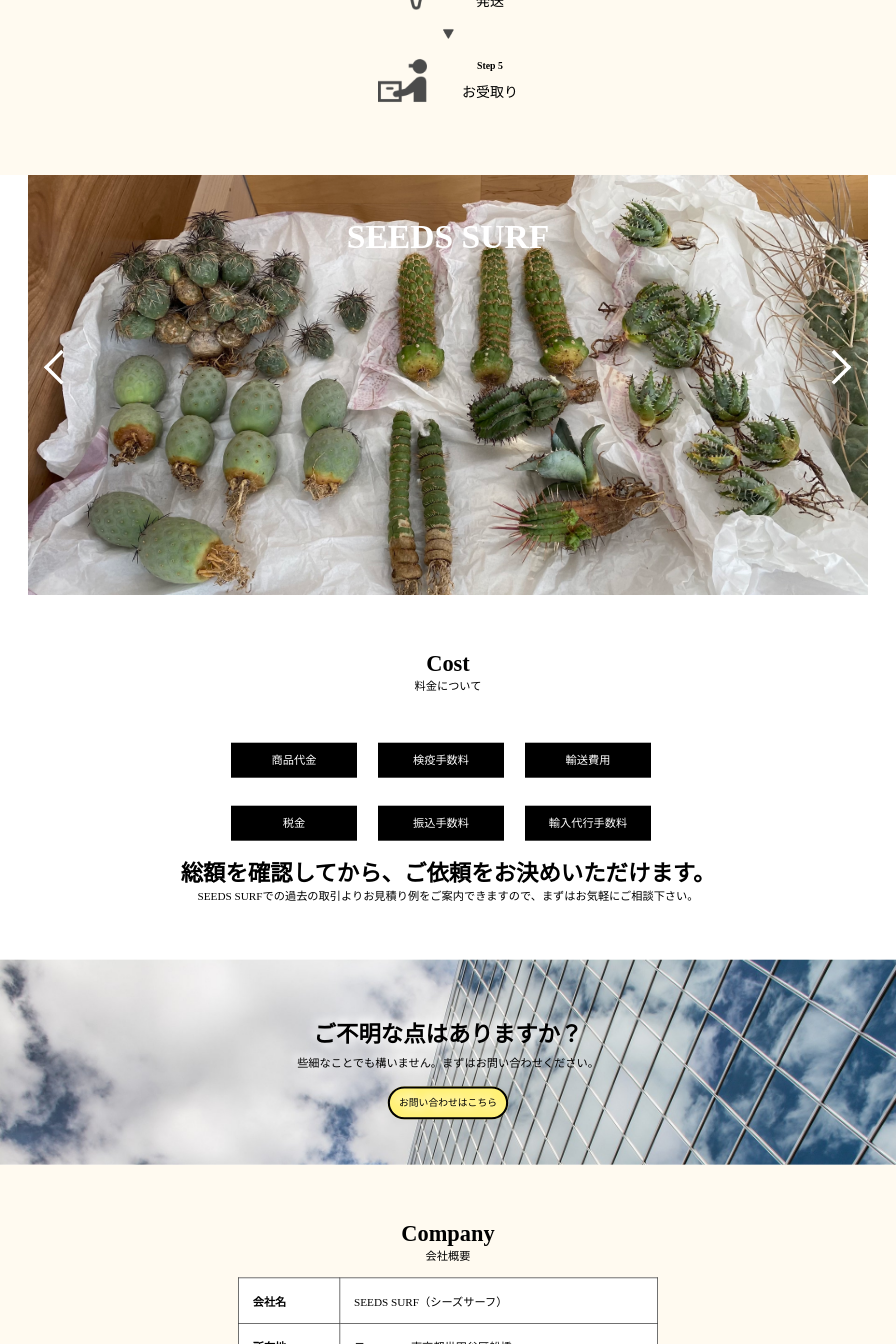
Repository: Seiya00002/seeds-surf-lp
Page: index.html
The author's editor kept a copy of each file at every save. The page is drawn from the files as they stood at one save, then again after the next save.
The browser window is 1280 px wide. The pictures show the part of the page from y = 1890 to 3810 px (the page is 4263 px tall before and 3681 px after), at 70% of full size.

Above is the page before, as saved 2023-07-19 13:34:03.

### index.html
<!DOCTYPE html>
<html lang="ja">
<head>
    <meta charset="UTF-8">
    <meta http-equiv="X-UA-Compatible" content="IE=edge">
    <meta name="viewport" content="width=device-width, initial-scale=1.0,
    minimum-scale=1, maximum-scale=1, user-scalable=no">
    <title>輸入代行SEEDS SURF</title>
    <link rel="stylesheet" href="css/style.css">
</head>
<body>
    <header>
        <div class="header_left">
            <img src="img/sslogo.jpg"
                alt="logo"
                width="40"
                height="40"
                class="logo">
            <h1>植物専門・輸入代行</h1>

        </div>
        <!-- <div class="header_right">
            <img src="img/tel_logo.png"
                alt="tel_logo"
                width="35"
                height="35"
                class="tel_logo">
            <div class="header_contact">
                <h2>090-3048-2693</h2>
                <p>（平日9:00 ~ 18:00）</p>
            </div>
        </div> -->
    </header>

    <main>
        <div class="top_wrapper">
            <div class="container">
                <div class="hero_message">
                    <!-- <img src="./img/cream-spike.jpg" alt="Image"> -->
                    <div class="calculation-app">
                        <h2>お見積り計算シュミレーション</h2>

                            <p>仕入れ先の地域を選択して下さい。</p>
                            <form name="form1">
                                <select name="place">
                                    <option value="1.3">北米</option>
                                    <option value="1.2">ヨーロッパ</option>
                                    <option value="1">アジア</option>
                                </select>
                            </form>

                            <p>箱のサイズの予想を選択して下さい。</p>
                            <form name="form2">
                                <select name="box">
                                    <option value="18350">15kg</option>
                                    <option value="13350">10kg</option>
                                    <option value="8150">5kg</option>
                                </select>
                            </form>
                            <p>およその商品代金を入力して下さい。</p>
                            <label>￥</label><input
                            type="text"
                            id="price"
                            value=""
                            placeholder="金額を入力して下さい。"
                            maxlength="7"
                            size="20"
                            ></label>

                            <br>
                            <br>
                            <div class="btn-box">
                                <button id="button">計算Go!!</button>
                            </div>
                    </div>
                </div>
            </div>
        </div>


        <!-- 見積り表 -->
    <div id="estimate_table" class="estimate_wrapper">
        <div class="container">
            <h3>予想お見積り表</h3>
            <table align="center" class="estimate">
                <tr>
                    <th>商品代金</th>
                    <td>¥<span id="span2"></span></td>
                </tr>
                <tr>
                    <th>検疫手数料</th>
                    <td>¥<span id="span3"></span></td>
                </tr>
                <tr>
                    <th>送料</th>
                    <td>¥<span id="span4"></span></td>
                </tr>
                <tr>
                    <th>弊社代行手数料</th>
                    <td>¥<span id="span5"></span></td>
                </tr>
                <tr>
                    <th>海外送金手数料</th>
                    <td>¥<span id="span6"></span></td>
                </tr>
                <tr>
                    <th>税金</th>
                    <td>¥<span id="span7"></span></td>
                </tr>
                <tr>
                  <th class="total">合計</th>
                  <th class="total">¥<span id="span1"></span></th>
              </tr>
            </table>
            <h4>詳しくは下記の「Cost」欄をご覧下さい。</h4>
        </div>
    </div>
        <div class="top_message">
            <div class="container">
                <div class="message">
                    <h1>植物専門の輸入代行とは</h1>
                    <p><img class="check" src="./img/check_icon.png"> 観葉植物などで検疫やワシントン条約に関わる特殊なお手続きを代行いたします。
                        <br><img class="check" src="./img/check_icon.png"> 言語や情報の壁のある現地業社との交渉から購買代行ご対応いたします。
                        <br><img class="check" src="./img/check_icon.png"> 仕入れ先の現地優良業社をご紹介いたします。
                    </p>

                </div>
            </div>
        </div>

        <div class="project_wrapper">
            <div class="container">
                <div class="projects">
                    <div class="project">
                        <div class="project_icon">
                            <img src="img/project_imag1.jpg">
                            <h2>「迅速・柔軟サービス」</h2>
                        </div>
                        <p class="text_contents">フットワークの軽いスタッフが、柔軟にお客様のご要望にご対応いたします。大変な植物の特殊なお手続きを出来る限りスムーズなお取引きを実現いたします。</p>

                    </div>
                    <div class="project">
                        <div class="project_icon">
                            <img src="img/pro_airport.jpg">
                            <h2>「全世界対応」</h2>
                        </div>
                        <p class="text_contents">全地域の現地業社との交渉、購買手続きにご対応いたします。</p>

                    </div>
                    <div class="project">
                        <div class="project_icon">
                            <img src="img/project_img3.jpg">
                            <h2>「現地企業のご紹介サービス」</h2>
                        </div>
                        <p class="text_contents">私たちは信頼出来る優良な業者様とお付き合いがございます。お取引き業者をお持ちでない方も、今すぐ輸入事業を始めることが出来ます。</p>
                    </div>
                        <div class="clear"></div>

                </div>
            </div>
        </div>
        <div class="service_wrapper">
            <div class="container">
                <div class="service_heading">
                    <h1>Frow</h1>
                    <p>輸入取引の流れ</p>
                </div>
                <div class="step">
                    <img src="img/person_img.png"
                    class="step_icon">
                    <div class="step_cont">
                        <h2>Step 1</h2>
                        <p>現地企業交渉</p>
                    </div>
                </div>
                <img src="img/down_img.png" class="step_icon2">

                <div class="step">
                    <img src="img/cal_img.png"
                    class="step_icon">
                    <div class="step_cont">
                        <h2>Step 2</h2>
                        <p>お見積り</p>
                    </div>
                </div>
                <img src="img/down_img.png" class="step_icon2">

                <div class="step">
                    <img src="img/bank_img.png"
                    class="step_icon">
                    <div class="step_cont">
                        <h2>Step 3</h2>
                        <p>お支払い</p>
                    </div>
                </div>
                <img src="img/down_img.png" class="step_icon2">
                <div class="step">
                    <img src="img/airp_imag.png"
                    class="step_icon">
                    <div class="step_cont">
                        <h2>Step 4</h2>
                        <p>発送</p>
                    </div>
                </div>
                <img src="img/down_img.png" class="step_icon2">
                <div class="step">
                    <img src="img/drivery_img.png"
                    class="step_icon">
                    <div class="step_cont">
                        <h2>Step 5</h2>
                        <p>お受取り</p>
                    </div>
                </div>
            </div>
        </div>

        <!-- スライドショー -->
        <div class="slide_wrapper">
            <div id="slide" class="slideshow">
                <p class="disc">SEEDS SURF</p>
                <a class="arrow next" id="right" href="#"></a>
                <a class="arrow back" id="left" href="#"></a>
            </div>
        </div>

        <div class="cost_wrapper">
            <div class="container">
                <div class="cost_heading">
                    <h1>Cost</h1>
                    <p>料金について</p>
                </div>
                <div class="cost_cont">
                    <div class="list01">
                        <p>商品代金</p>
                    </div>
                    <div class="list01">
                        <p>検疫手数料</p>
                    </div>
                    <div class="list01">
                        <p>輸送費用</p>
                    </div>
                    <div class="list02">
                        <p>税金</p>
                    </div>
                    <div class="list02">
                        <p>振込手数料</p>
                    </div>
                    <div class="list02">
                        <p>輸入代行手数料</p>
                    </div>
                    <!-- <div class="clear"></div> -->
                </div>
                <div class="cost_message">
                    <h1>総額を確認してから、ご依頼をお決めいただけます。</h1>
                    <p>SEEDS SURFでの過去の取引よりお見積り例をご案内できますので、まずはお気軽にご相談下さい。</p>
                </div>
            </div>
        </div>
        <div class="contact_wrapper">
            <div class="container">
                <h1>ご不明な点はありますか？</h1>
                <p>些細なことでも構いません。まずはお問い合わせください。</p>
                <a href="https://seeds-surf.com/%e3%81%8a%e5%95%8f%e3%81%84%e5%90%88%e3%82%8f%e3%81%9b/" class="btn contact">お問い合わせはこちら</a>
                <!-- <h2>TEL : 090-3048-2693</h2> -->
                <!-- <p>メールフォームよりお問い合わせ下さい。<br>営業時間：平日10：00〜19：00</p> -->
            </div>
        </div>

        <!-- 会社概要 -->
        <div class="company_wrapper">
            <div class="container">
                <h1>Company</h1>
                <p>会社概要</p>
                <table align="center" class="company">
                    <tr>
                        <th>会社名</th>
                        <td>SEEDS SURF（シーズサーフ）</td>
                    </tr>
                    <tr>
                        <th>所在地</th>
                        <td>〒156-0055 東京都世田谷区船橋2-5-7-211</td>
                    </tr>
                    <tr>
                        <th>電話番号</th>
                        <td>090-3048-2693</td>
                    </tr>
                    <tr>
                        <th>代表者</th>
                        <td>松本　聖矢</td>
                    </tr>
                    <tr>
                        <th>設立</th>
                        <td>2019年3月</td>
                    </tr>
                </table>
            </div>
        </div>


    </main>

    <footer>
        <div class="container">
                <img src="img/sslogo.jpg"
                    alt="logo"
                    width="40"
                    height="40"
                    class="logo">
                <h1>SEEDS SURF</h1>
                <p>〒156-0055 東京都世田谷区船橋2-5-7-211</p>
                <hr color="gray">
                <small>(c) SEEDS SURF All right reserved</small>
        </div>
    </footer>

    <script src="./app.js"></script>
</body>
</html>

### css/style.css
/* all */
*{
    box-sizing: border-box;
    margin: 0;
    padding: 0;
}

h1 {
    font-family: 'Times New Roman', Times, serif;

}

h2 ,h3 ,p {
    font-family: 'Hiragino Sans';

}
/* header */

header {
    height: 70px;
    display: flex;
    align-items: center;
    position: absolute;
}

.header_left {
    display: flex;
}

/* .header_right {
    display: flex;
    margin: 0 0 0 auto;
} */

.logo {
    margin: 10px 10px;
}

.tel_logo {
    margin: 20px 10px;
}

header h1 {
    font-size: 23px;
    padding: 18px 10px;
    font-weight: 500px;
    text-shadow: 6px 6px 10px white, -6px -6px 10px white;

}

header h2 {
    font-size: 21px;
    padding: 15px 10px 0 0;
}

header p {
    padding-bottom: 10px;
}
.container {
    text-align: center;
    width: 100%;
}

/* main */

/* top */
.top_wrapper {
    color: white;
    width: 100%;
    height: auto;
}

.hero_message {
    background-image: url(../img/cream-spike.jpg);
    background-size: cover;

    font-size: 15px;
    color: black;
    height: 660px;
    min-width:100%;
    font-weight: bold;
    display: flex;
    justify-content: center;
    align-items: center;
    line-height: 2.5em;
}

.calculation-app {
    background: rgb(255, 255, 255,0.5);
    padding: 70px;
    border-radius: 10%;
}

.hero_message h2 {
    padding-bottom: 30px;
}

.top_message {
    background-color: rgb(85, 110, 80);
    color: white;
    padding: 30px 0;
}

.top_message p {
    padding-top: 20px;
    font-size: 17px;
    line-height: 1.6rem;
}

.check {
    width: 16px;
    height: 16px;
}

/* project_wrapper */
.project_wrapper {
    margin-bottom: 80px;
}

.project {
    float: left;
    width: 33%;
    padding: 20px 10px 20px 10px;
    height: 300px;

}

.project_icon {
    position: relative;

}

.project_icon h2 {
    position: absolute;
    top: 80px;
    width: 100%;
    color: white;
    font-weight: normal;

}

.clear {
    clear: left;
}

/* service_wrapper */
.service_wrapper {
    background-color: #fffaf0;
    padding: 80px 0;
}

.service_heading {
padding-bottom: 50px;
}

.step {
    display: flex;
    justify-content: center;
    align-items: center;
    padding: 20px 0;

}

.step_cont {
    padding-left: 50px;
}

.step_icon {
    width: 70px;
    height: 70px;

}

.step_icon2 {
    width: 15px;
    height: 15px;

}

.step h2 {
    font-size: 14px;
}

.step p {
    font-size: 20px;
    padding-top: 13px;
}

/* costについて */
.cost_wrapper {
    padding: 80px 0;
}

.cost_cont {
    padding-top: 50px;
    width: 650px;
    margin: 0 auto;
    flex-wrap: wrap;
    display: flex;

}


.list01 {
    background-color: black;
    width: 180px;
    height: 50px;
    color: white;
    margin: 20px 15px;
    justify-content: center;
    padding-top: 12px;

}

.list02 {
    background-color: black;
    width: 180px;
    height: 50px;
    color: white;
    margin: 20px 15px;
    justify-content: center;
    padding-top: 12px;


}



/* contact_wrapper */
.contact_wrapper {
    background-image: url(../img/sky&office_img.jpeg);
    padding: 80px 0;
    background-size: cover;
    text-shadow: 6px 6px 10px white, -6px -6px 10px white;
    font-weight: 530;
}


.contact_wrapper p {
    padding:8px 0 35px 0;
}

.btn {
    width: 180px;
    height: 35px;
    padding: 13px;
    font-size: 14px;
    color: black;
    background-color:#fff176;
    border: black solid;
    border-radius: 24px;
    user-select: none;
    cursor: pointer;
    text-decoration: none;
}

.btn:hover {
    opacity: .7;
}

.contact_wrapper h2 {
    padding-top: 35px;
}

/* company_wrapper */
.company_wrapper {
    padding: 80px 0;
    background-color: #fffaf0;

}

.company_wrapper p {
    padding-bottom: 20px;
}

table.company {
    border-collapse: collapse;
    width: 600px;
    background-color: white;
    margin: auto;
}

th, td {
    border: solid 1px #333;
    padding: 20px;
}

.company th,td {
    text-align: left;
}


/* footer */

footer {
    background-color: rgb(85, 110, 80);
    color: black;
    padding-bottom: 10px;

}

footer h1 {
    font-size: 17px;
}

footer p {
    font-size: 12px;
    padding-bottom: 10px;
}
small {
    font-size: 7px;

}


/* slideshow 追加 */
.slide_wrapper{
    max-width: 1200px;
    height: 600px;
    margin: auto;
    text-align: center;
}
/*画像配置*/
.slideshow{
    max-width: 100%;
    height: 100%;
    background-image: url(../img/import-img1.jpg);
    background-repeat: no-repeat;
    background-size: cover;
    background-position: 0% 50%;/*左 中央のよせ*/
}
/*文字*/
.disc{
    margin: auto;
    text-align: center;
    font-size: 3em;
    color: #ffffff;
    font-weight: 800;
    padding-top:5%;
}
/*>*/
.next{
    float: right;
    top: 160px;
    right: 50px;
}
/*<*/
.back{
    float: left;
    top: 160px;
    bottom: 0px;
    left: 30px;
}
/*矢印のデザイン*/
.arrow{
    position: relative;
    display: inline-block;
    padding: 0 0 0 16px;
    color: #000;
    vertical-align: middle;
    text-decoration: none;
    font-size: 15px;
}
.arrow::before,
.arrow::after{
    position: absolute;
    top: 0;
    bottom: 0;
    left: 0;
    margin: auto;
    content: "";
    vertical-align: middle;
}

.next::before{
    left: 0px;
    width: 30px;
    height: 30px;
    border-top: 5px solid rgb(255, 255, 255);
    border-right: 5px solid rgb(255, 255, 255);
    -webkit-transform: rotate(45deg);
    transform: rotate(45deg);
}
.back::before{
    left: 0px;
    width: 30px;
    height: 30px;
    border-bottom: 5px solid rgb(255, 255, 255);
    border-left: 5px solid rgb(255, 255, 255);
    -webkit-transform: rotate(45deg);
    transform: rotate(45deg);
}
/* CSSアニメーションの指定 */
.slideshow{
    transition: background-image 1s ease-in;
}

/* 計算シュミレーション追加 */
.btn-box button {
    width: 180px;
    height: 35px;
    padding: 6px;
    font-size: 14px;
    color: black;
    background-color:#fff176;
    border: black solid;
    border-radius: 24px;
    user-select: none;
    cursor: pointer;
  }

  .btn-box button:hover {
    opacity: .7;
  }


/* 見積り表追加 */
.estimate_wrapper {
    display: none;
    background-color: #fffaf0;
    padding: 40px 0;
}
.estimate_wrapper h3 {
    padding-bottom: 20px;
}
.estimate_wrapper h4 {
    padding-top: 20px;
}

table.estimate {
    border-collapse: collapse;
    width: 450px;
    background-color: white;
    margin: auto;
}

.estimate th{
    padding: 15px 20px;
    text-align: center;
}

.estimate td{
    text-align: center;
}

th.total {
    background: rgb(224, 224, 224);
}

.estimate_wrapper.appear {
    display: block;
    animation: .5s fadeIn;
  }

  @keyframes fadeIn {
    0% {
      opacity: 0;
      transform: translateY(-10px);
    }
    100% {
      opacity: 1;
      transform: none;
    }
  }

/* レスポンシブ */
  @media (max-width: 670px) {


    .cost_cont h2 {
        width: 50%;
    }
    .list01 {
        width: 40%;
        margin: 20px auto;
    }
    .list02 {
        width: 40%;
        margin: 20px auto;

    }
    table.company {
        width: 80%;
        font-size: 14px;
    }
    .cost_cont {
        width: 100%;
    }
    table.estimate {
        width: 80%;
    }
    .calculation-app {
        padding: 20px;
    }

}
@media (max-width: 1000px) {
    .project {
        width: 50%;
    }
}

@media (max-width: 670px) {
    .project {
        width: 100%;
    }
}

### app.js
window.onload =
function (){

// スライドショー機能
//     let images = [
//         'url(./img/import-img1.jpg)',
//         'url(./img/import-img2.jpg)',
//         'url(./img/import-img3.jpg)'
//     ]

//     let target = document.querySelector('#slide');
//     let right = document.querySelector('#right');
//     let left = document.querySelector('#left');

//     // 画像カウンター表示
//     let count = 0;

//     function change(){
//         target.style.backgroundImage = images[count];
//         if( count == 2){
//             count = 0;
//         } else {
//             count++;
//         }
//     }

//     function goNext(event) {
//         event.preventDefault();
//         change();
//     }

//     function goBack(event) {
//         event.preventDefault();
//         if( count == 0){
//             count = 2;
//         } else {
//             count--;
//         } change();
//     }

//     right.addEventListener( 'click', goNext, false);
//     left.addEventListener( 'click', goBack, false);


// setInterval(change, 3000);


// 計算シュミレーションapp

let button = document.getElementById("button");
button.onclick = clickBtn1;

function clickBtn1(){

    const place = document.form1.place;
    const box = document.form2.box;
    const price = document.getElementById('price');

    // 値(数値)を取得
    const num = place.selectedIndex;
    const boxnum = box.selectedIndex;
    console.log(boxnum);

    // 値(数値)から値(value値)を取得
    let region = place.options[num].value;
    let boxPrice = box.options[boxnum].value;
    let plantsPriceString = price.value;

    let plantsPrice = parseInt(plantsPriceString, 10); // plantsPriceStringを数値に変換

    const phyto = 10000;
    let argent = plantsPrice * 0.2;
    let boxCalc = boxPrice*region

    let boxPriceValue = parseInt(boxCalc, 10);

    let sendingMoneyNum = (plantsPrice + boxPriceValue) * 0.0073;
    let sendingMoney = Math.round(sendingMoneyNum);
    let tax = plantsPrice * 0.07;

    let taxValue = parseInt(tax, 10);
    let sendingMoneyNumValue = parseInt(sendingMoney, 10);


    let estimateNum = ( region * boxPrice) + (plantsPrice *0.2) + phyto + plantsPrice + sendingMoneyNumValue + taxValue;
    let plantsValue = plantsPrice.toLocaleString();
    let phytoFee = phyto.toLocaleString();
    let boxFee = boxPriceValue.toLocaleString();
    let argentFee = argent.toLocaleString();
    let sendingMoneyFee = sendingMoney.toLocaleString();
    let taxFee = tax.toLocaleString();
    let estimate = estimateNum.toLocaleString();

    document.getElementById("span1").textContent = estimate;
    document.getElementById("span2").textContent = plantsValue;
    document.getElementById("span3").textContent = phytoFee;
    document.getElementById("span4").textContent = boxFee;
    document.getElementById("span5").textContent = argentFee;
    document.getElementById("span6").textContent = sendingMoneyFee;
    document.getElementById("span7").textContent = taxFee;

  }

// 見積り表示切り替え

const btn = document.getElementById('button')
btn.addEventListener('click', () => {
    const estimate_table = document.getElementById('estimate_table');
    const priceForm = document.getElementById('price');

    if(priceForm.value ===''){
        window.alert('金額を入力して下さい。');
    } else {

    estimate_table.classList.toggle('appear');

    }

    if (btn.textContent == "計算Go!!") {
      btn.textContent = "閉じる";
    } else {
      btn.textContent = "計算Go!!";
    }
  });

};

After the next save:
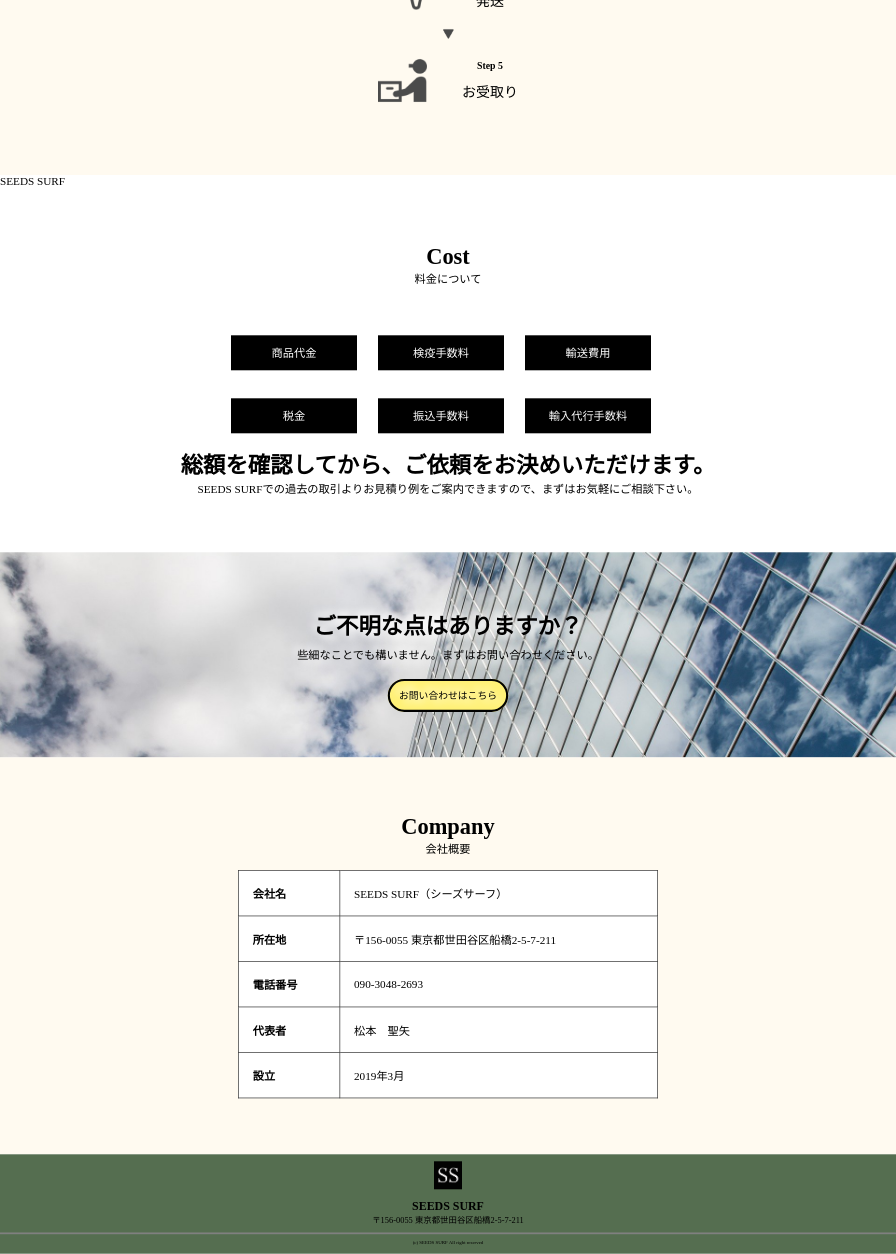
Saved 3 min 43 s later.
--- a/css/style.css
+++ b/css/style.css
@@ -314,44 +314,44 @@ small {
 
 
 /* slideshow 追加 */
-.slide_wrapper{
+/* .slide_wrapper{
     max-width: 1200px;
     height: 600px;
     margin: auto;
     text-align: center;
 }
 /*画像配置*/
-.slideshow{
+/* .slideshow{
     max-width: 100%;
     height: 100%;
     background-image: url(../img/import-img1.jpg);
     background-repeat: no-repeat;
     background-size: cover;
     background-position: 0% 50%;/*左 中央のよせ*/
-}
+} */
 /*文字*/
-.disc{
+/* .disc{
     margin: auto;
     text-align: center;
     font-size: 3em;
     color: #ffffff;
     font-weight: 800;
     padding-top:5%;
-}
+} */
 /*>*/
-.next{
+/* .next{
     float: right;
     top: 160px;
     right: 50px;
-}
+} */
 /*<*/
-.back{
+/* .back{
     float: left;
     top: 160px;
     bottom: 0px;
     left: 30px;
-}
-/*矢印のデザイン*/
+} */ */
+/* 矢印のデザイン
 .arrow{
     position: relative;
     display: inline-block;
@@ -389,7 +389,7 @@ small {
     border-left: 5px solid rgb(255, 255, 255);
     -webkit-transform: rotate(45deg);
     transform: rotate(45deg);
-}
+} */
 /* CSSアニメーションの指定 */
 .slideshow{
     transition: background-image 1s ease-in;
